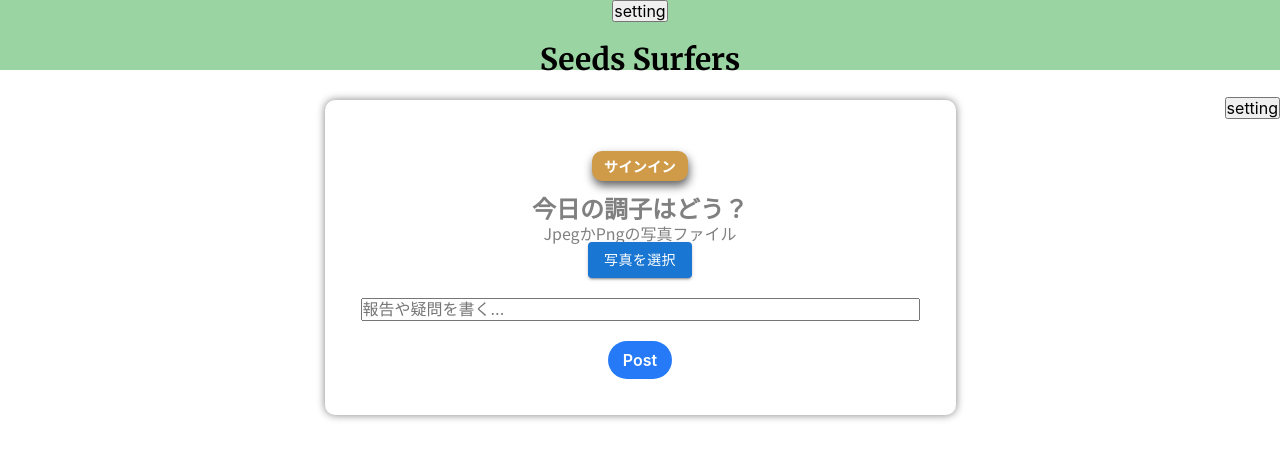
Repository: Seiya00002/seeds_surfers_react_sns
Page: /
An editor plug-in stored every save of this project. The page is shown before and after the next save, followed by the edit.
The browser window is 1280 px wide. The pictures show the whole page.
The page's requests for data from a server got no answer. The project was rebuilt for these pictures with package versions that can differ from the ones it lists, and the page was loaded fresh each time. No one was signed in, and anything a server would have sent is missing. Also part of the build but not shown: src/Components/Post.css, src/Components/Post.tsx, src/Components/Account.tsx, src/Components/SignIn.css, src/Components/SignIn.tsx.

Above is the page before, as saved 2023-08-29 08:35:46.

After the next save:
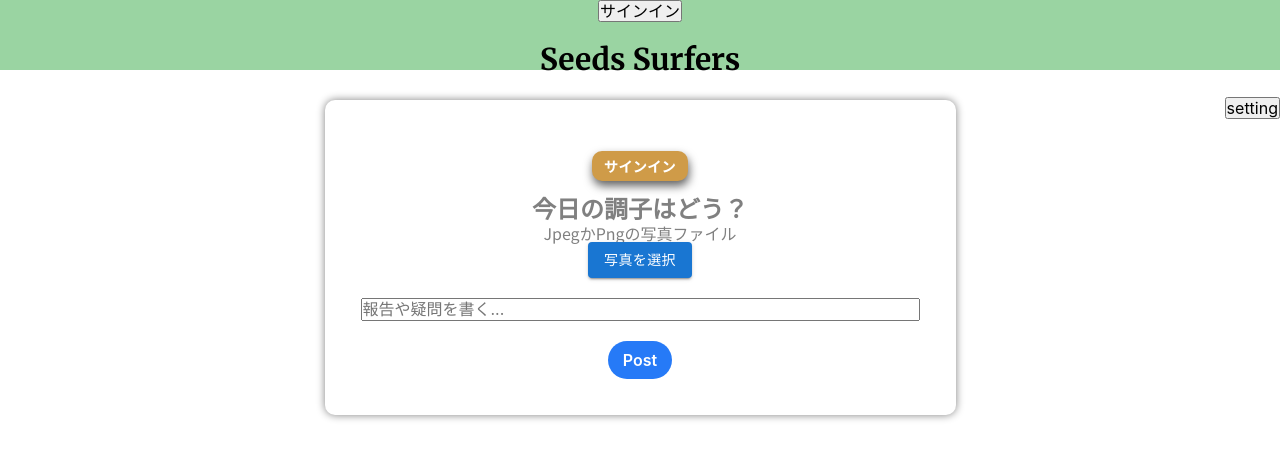
Saved 10 s later.
--- a/src/Header.tsx
+++ b/src/Header.tsx
@@ -11,7 +11,7 @@ function Header() {
                 <button
                 className="signinButton"
                 >
-                    setting
+                    サインイン
                 </button>
                 </ Link>
                 <h2>Seeds Surfers</h2>
